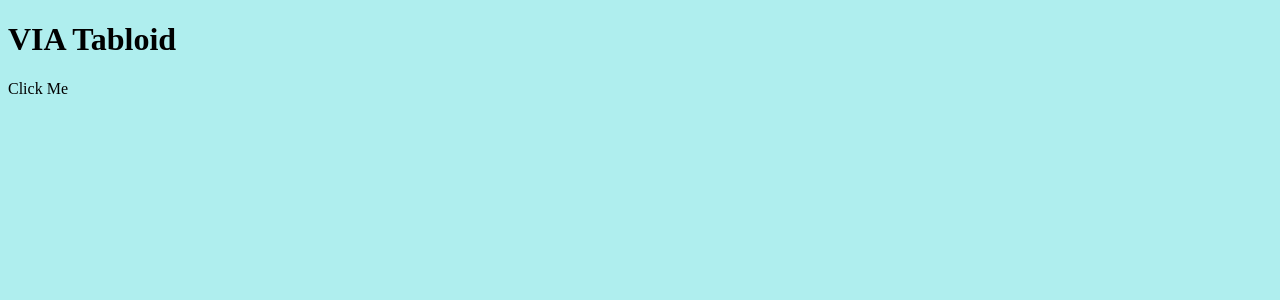
Repository: pimbp/doc_assign
Page: Frontend/index.html
An editor plug-in stored every save of this project. The page is shown before and after the next save, followed by the edit.
The browser window is 1280 px wide. The pictures show the whole page.

Above is the page before, as saved 2026-02-25 16:32:57.

### Frontend/index.html
<!DOCTYPE html>
<html>
<head>
    <link rel="stylesheet" href="style/fancy.css">
</head>
<body>
    <h1>VIA Tabloid</h1>
    <div id=""
    <button onclick="myFunction()">Click Me</button>
    <script src="functions/funct.js"></script>
</body>
</html>

### Frontend/style/fancy.css
body { background-color: paleturquoise; }

### Frontend/functions/funct.js
function myFunction() { alert('Connected!'); }

After the next save:
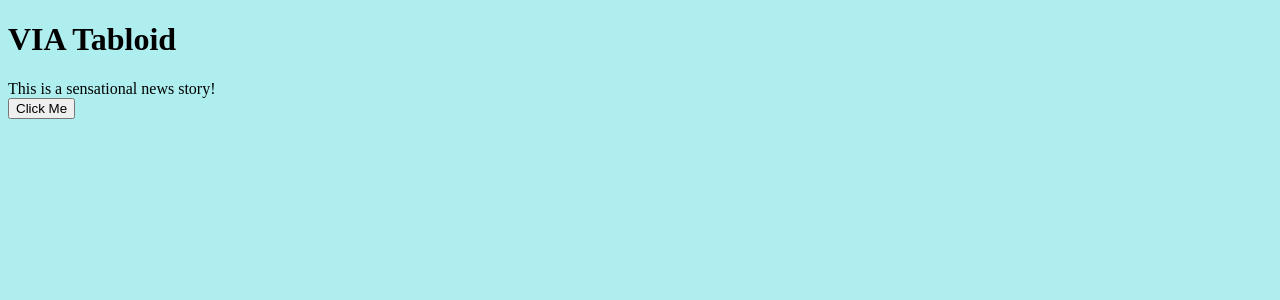
Saved 5 s later.
--- a/Frontend/index.html
+++ b/Frontend/index.html
@@ -5,7 +5,7 @@
 </head>
 <body>
     <h1>VIA Tabloid</h1>
-    <div id=""
+    <div id="sensation">This is a sensational news story!</div>
     <button onclick="myFunction()">Click Me</button>
     <script src="functions/funct.js"></script>
 </body>
